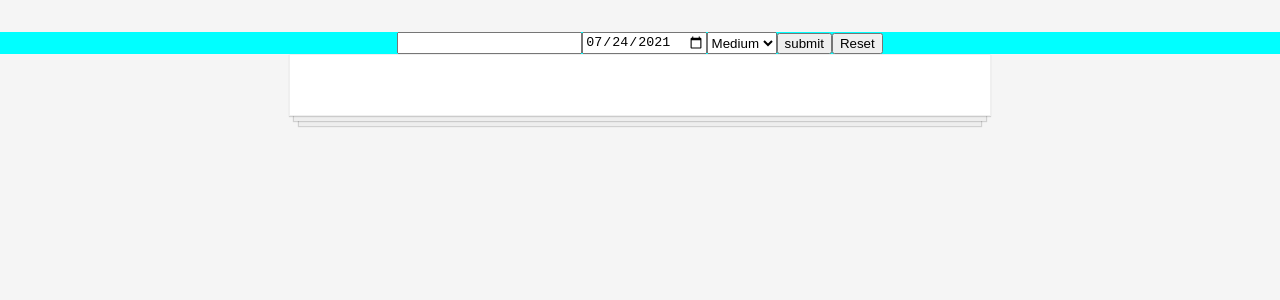
Repository: 0101chaitanya/react-todo
Page: /
The author's editor kept a copy of each file at every save. The page is drawn from the files as they stood at one save, then again after a run of saves.
The browser window is 1280 px wide. The pictures show the whole page.
The project was rebuilt for these pictures with package versions that can differ from the ones it lists, and the page was loaded fresh each time. Also part of the build but not shown: src/components/TodoItem.js.

Above is the page before, as saved 2021-07-24 16:33:22.

After the next 2 saves:
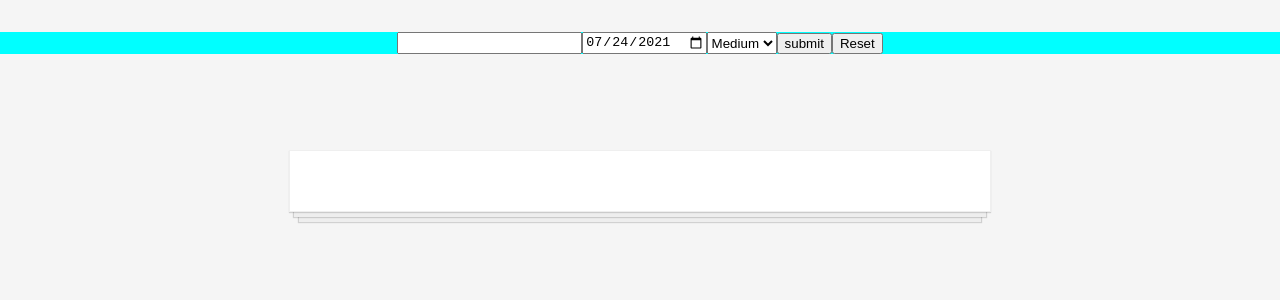
The 2 saves are shown as one change because they came seconds apart.
The last was saved 8 s later.
--- a/src/App.css
+++ b/src/App.css
@@ -49,5 +49,5 @@ input[type="checkbox"]:focus {
   justify-content: center;
   position: relative;
   top: 2rem;
-  margin-bottom: 2rem;
+  margin-bottom: 8rem;
 }
